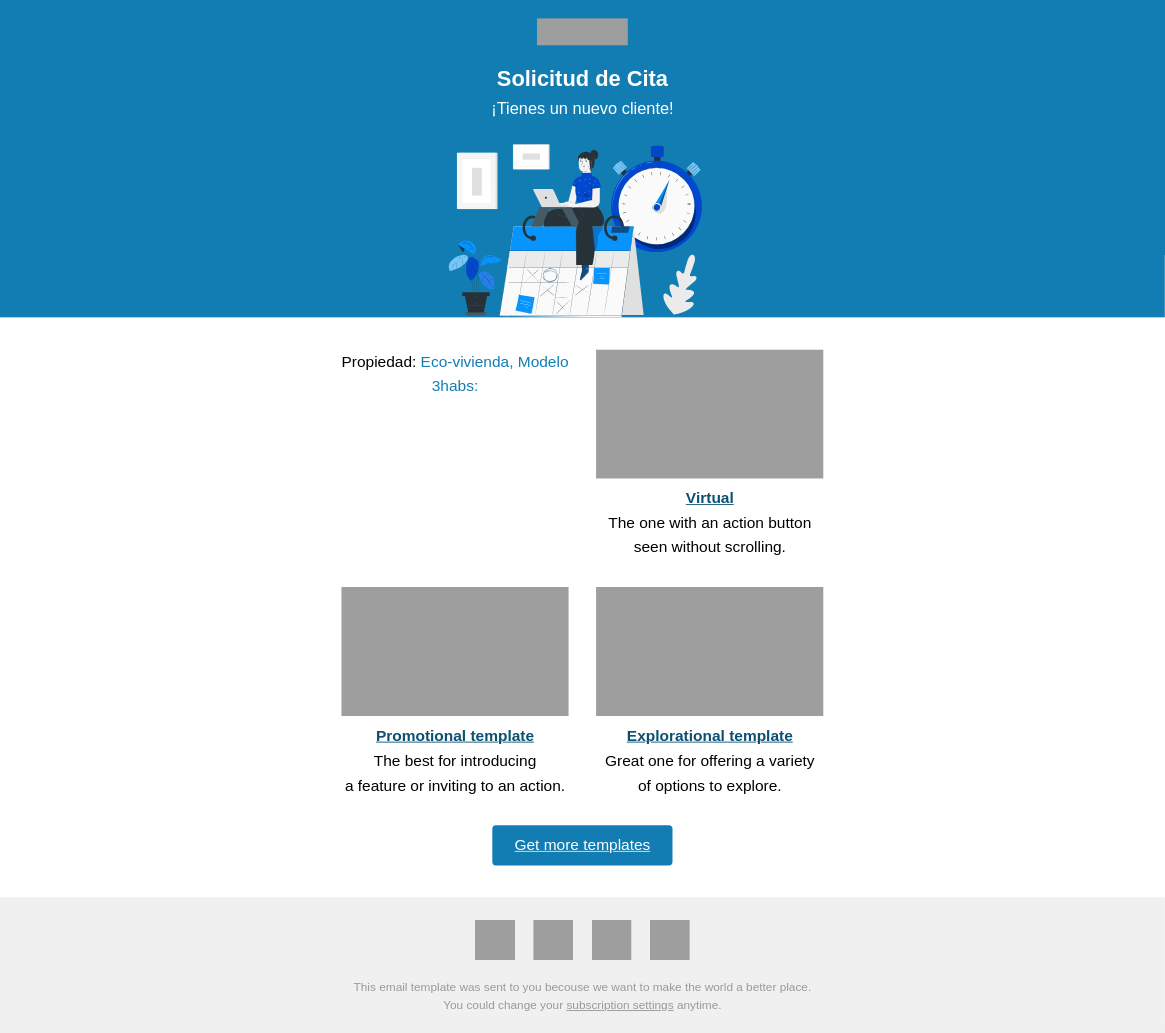
Repository: FabioMadrid/atlas_code
Page: correo_cita_vendedor.html
The author's editor kept a copy of each file at every save. The page is drawn from the files as they stood at one save, then again after the next save.
The browser window is 1280 px wide. The pictures show the whole page, at 91% of full size.
Pictures or frames that could not be fetched are drawn as grey boxes.

Above is the page before, as saved 2021-01-14 16:26:42.

### correo_cita_vendedor.html
<html xmlns="http://www.w3.org/1999/xhtml">
<head>
	<meta http-equiv="content-type" content="text/html; charset=utf-8">
  	<meta name="viewport" content="width=device-width, initial-scale=1.0;">
 	<meta name="format-detection" content="telephone=no"/>

	<style>
/* Reset styles */
    body {
        margin: 0; padding: 0; min-width: 100%; width: 100% !important; height: 100% !important;
        }
    body, table, td, div, p, a {
        -webkit-font-smoothing: antialiased; text-size-adjust: 100%; -ms-text-size-adjust: 100%;
        -webkit-text-size-adjust: 100%; line-height: 100%;
        }
    table, td {
         mso-table-lspace: 0pt; mso-table-rspace: 0pt;
         border-collapse: collapse !important; border-spacing: 0; }
    img {
        border: 0; line-height: 100%; outline: none; text-decoration: none;
        -ms-interpolation-mode: bicubic;
        }
    #outlook a { padding: 0; }
    .ReadMsgBody { width: 100%; }
    .ExternalClass { width: 100%; }
    .ExternalClass, .ExternalClass p, .ExternalClass span, .ExternalClass font, .E
    xternalClass td, .ExternalClass div {
        line-height: 100%;
        }

/* Extra floater space for advanced mail clients only */
@media all and (max-width: 600px) {
	.floater { width: 320px; }
}

/* Set color for auto links (addresses, dates, etc.) */
a, a:hover {
	color: #127DB3;
}
.footer a, .footer a:hover {
	color: #999999;
}

 	</style>

	<!-- MESSAGE SUBJECT -->
	<title>Cita Confirmada</title>

</head>

<!-- BODY -->
<!-- Set message background color (twice) and text color (twice) -->
<body topmargin="0" rightmargin="0" bottommargin="0" leftmargin="0" marginwidth="0" marginheight="0" width="100%" style="border-collapse: collapse; border-spacing: 0; margin: 0; padding: 0; width: 100%; height: 100%; -webkit-font-smoothing: antialiased; text-size-adjust: 100%; -ms-text-size-adjust: 100%; -webkit-text-size-adjust: 100%; line-height: 100%;
	background-color: #FFFFFF;
	color: #000000;"
	bgcolor="#FFFFFF"
	text="#000000">

<!-- SECTION / BACKGROUND -->
<!-- Set section background color -->
<table width="100%" align="center" border="0" cellpadding="0" cellspacing="0" style="border-collapse: collapse; border-spacing: 0; margin: 0; padding: 0; width: 100%;" class="background"><tr><td align="center" valign="top" style="border-collapse: collapse; border-spacing: 0; margin: 0; padding: 0;"
	bgcolor="#127DB3">

<!-- WRAPPER -->
<!-- Set wrapper width (twice) -->
<table border="0" cellpadding="0" cellspacing="0" align="center"
	width="600" style="border-collapse: collapse; border-spacing: 0; padding: 0; width: inherit;
	max-width: 600px;" class="wrapper">

	<tr>
		<td align="center" valign="top" style="border-collapse: collapse; border-spacing: 0; margin: 0; padding: 0; padding-left: 6.25%; padding-right: 6.25%; width: 87.5%;
			padding-top: 20px;">

			<!-- PREHEADER -->
			<!-- Set text color to background color -->
			<div style="display: none; visibility: hidden; overflow: hidden; opacity: 0; font-size: 1px; line-height: 1px; height: 0; max-height: 0; max-width: 0;
			color: #FFFFFF;" class="preheader">
				Available on&nbsp;GitHub and&nbsp;CodePen. holis aqui va un texto</div>

			<!-- LOGO -->
			<!-- Image text color should be opposite to background color. Set your url, image src, alt and title. Alt text should fit the image size. Real image size should be x2. URL format: http://domain.com/?utm_source={{Campaign-Source}}&utm_medium=email&utm_content=logo&utm_campaign={{Campaign-Name}} -->
			<a target="_blank" style="text-decoration: none;"
				href="https://github.com/konsav/email-templates/"><img border="0" vspace="0" hspace="0"
				src="https://raw.githubusercontent.com/konsav/email-templates/master/images/logo-white.png"
				width="100" height="30"
				alt="Logo" title="Logo" style="
				color: #000000;
				font-size: 10px; margin: 0; padding: 0; outline: none; text-decoration: none; -ms-interpolation-mode: bicubic; border: none; display: block;" /></a>

		</td>
	</tr>

	<!-- HEADER -->
	<!-- Set text color and font family ("sans-serif" or "Georgia, serif") -->
	<tr>
		<td align="center" valign="top" style="border-collapse: collapse; border-spacing: 0; margin: 0; padding: 0; padding-left: 6.25%; padding-right: 6.25%; width: 87.5%; font-size: 24px; font-weight: bold; line-height: 130%;
			padding-top: 20px;
			color: #FFFFFF;
			font-family: sans-serif;" class="header">
				Solicitud de Cita
		</td>
	</tr>

	<!-- SUBHEADER -->
	<!-- Set text color and font family ("sans-serif" or "Georgia, serif") -->
	<tr>
		<td align="center" valign="top" style="border-collapse: collapse; border-spacing: 0; margin: 0; padding: 0; padding-bottom: 3px; padding-left: 6.25%; padding-right: 6.25%; width: 87.5%; font-size: 18px; font-weight: 300; line-height: 150%;
			padding-top: 5px;
			color: #FFFFFF;
			font-family: sans-serif;" class="subheader">
				¡Tienes un nuevo cliente!
		</td>
	</tr>

	<!-- HERO IMAGE -->
	<!-- Image text color should be opposite to background color. Set your url, image src, alt and title. Alt text should fit the image size. Real image size should be x2 (wrapper x2). Do not set height for flexible images (including "auto"). URL format: http://domain.com/?utm_source={{Campaign-Source}}&utm_medium=email&utm_content={{Ìmage-Name}}&utm_campaign={{Campaign-Name}} -->
	<tr>
		<td align="center" valign="top" style="border-collapse: collapse; border-spacing: 0; margin: 0; padding: 0;
			padding-top: 20px;" class="hero"><a target="_blank" style="text-decoration: none;"
			href="#"><img border="0" vspace="0" hspace="0"
			src="./svg/calendario_mujer.svg"
			alt="Please enable images to view this content" title="Hero Image"
			width="530" style="
			width: 88.33%;
			max-width: 530px;
			color: #FFFFFF; font-size: 13px; margin: 0; padding: 0; outline: none; text-decoration: none; -ms-interpolation-mode: bicubic; border: none; display: block;"/></a></td>
	</tr>


<!-- End of WRAPPER -->
</table>

<!-- SECTION / BACKGROUND -->
<!-- Set section background color -->
</td></tr><tr><td align="center" valign="top" style="border-collapse: collapse; border-spacing: 0; margin: 0; padding: 0;
	padding-top: 5px;"
	bgcolor="#FFFFFF">

<!-- WRAPPER -->
<!-- Set conteiner background color -->
<table border="0" cellpadding="0" cellspacing="0" align="center"
	width="600" style="border-collapse: collapse; border-spacing: 0; padding: 0; width: inherit;
	max-width: 600px;">

	<!-- FLOATERS -->
	<!-- Floaters (left align tables) need extra 10px spacing in a line (Outlook fix). Floater table width = (wrapper width / 2) - 10px. Set text color and font family ("sans-serif" or "Georgia, serif"). Duplicate all text styles in links, including line-height. Image text color should be opposite to background color. Set your url, image src, alt and title. Alt text should fit the image size. Real image size should be x2. Do not set height for flexible images (including "auto"). URL format: http://domain.com/?utm_source={{Campaign-Source}}&utm_medium=email&utm_content={{Ìmage-Name}}&utm_campaign={{Campaign-Name}} -->
	<tr>
		<td align="center" valign="top" style="border-collapse: collapse; border-spacing: 0; margin: 0; padding: 0; padding-left: 10px; padding-right: 10px;" class="floaters"><table width="280" border="0" cellpadding="0" cellspacing="0" align="left" valign="top" style="border-collapse: collapse; mso-table-lspace: 0pt; mso-table-rspace: 0pt; border-spacing: 0; margin: 0; padding: 0; display: inline-table; float: none;" class="floater"><tr><td align="center" valign="top" style="border-collapse: collapse; border-spacing: 0; margin: 0; padding: 0; padding-left: 15px; padding-right: 15px; font-size: 17px; font-weight: 400; line-height: 160%;
			padding-top: 30px;
			font-family: sans-serif;
            color: #000000;">
            Propiedad:</b>

            <a target="_blank" style="text-decoration: none;
			font-size: 17px; line-height: 160%;"
			href="https://github.com/konsav/email-templates">Eco-vivienda, Modelo 3habs:</b></a>

        </td>
    </tr>
    </table><table width="280" border="0" cellpadding="0" cellspacing="0" align="right" valign="top" style="border-collapse: collapse; mso-table-lspace: 0pt; mso-table-rspace: 0pt; border-spacing: 0; margin: 0; padding: 0; display: inline-table; float: none;" class="floater"><tr><td align="center" valign="top" style="border-collapse: collapse; border-spacing: 0; margin: 0; padding: 0; padding-left: 15px; padding-right: 15px; font-size: 17px; font-weight: 400; line-height: 160%;
			padding-top: 30px;
			font-family: sans-serif;
			color: #000000;"><a target="_blank" style="text-decoration: none;
			font-size: 17px; line-height: 160%;"
			href="https://github.com/konsav/email-templates"><img border="0" vspace="0" hspace="0"
			src="https://raw.githubusercontent.com/konsav/email-templates/master/images/hero-grid.png"
			width="250" height="142"
			alt="Grid Item" title="Grid Item" style="
			color: #000000; font-size: 10px; margin: 0; padding: 0; outline: none; text-decoration: none; -ms-interpolation-mode: bicubic; border: none; display: block; margin-bottom: 8px;" />
				<b style="color:#0B5073; text-decoration: underline;">Virtual</b></a><br/>
				The&nbsp;one with an&nbsp;action button seen without scrolling.
		</td></tr></table></td>
	</tr>

	<!-- FLOATERS -->
	<!-- Floaters (left align tables) need extra 10px spacing in a line (Outlook fix). Floater table width = (wrapper width / 2) - 10px. Set text color and font family ("sans-serif" or "Georgia, serif"). Duplicate all text styles in links, including line-height. Image text color should be opposite to background color. Set your url, image src, alt and title. Alt text should fit the image size. Real image size should be x2. Do not set height for flexible images (including "auto"). URL format: http://domain.com/?utm_source={{Campaign-Source}}&utm_medium=email&utm_content={{Ìmage-Name}}&utm_campaign={{Campaign-Name}} -->
	<tr>
		<td align="center" valign="top" style="border-collapse: collapse; border-spacing: 0; margin: 0; padding: 0; padding-left: 10px; padding-right: 10px;" class="floaters"><table width="280" border="0" cellpadding="0" cellspacing="0" align="right" valign="top" style="border-collapse: collapse; mso-table-lspace: 0pt; mso-table-rspace: 0pt; border-spacing: 0; margin: 0; padding: 0; display: inline-table; float: none;" class="floater"><tr><td align="center" valign="top" style="border-collapse: collapse; border-spacing: 0; margin: 0; padding: 0; padding-left: 15px; padding-right: 15px; font-size: 17px; font-weight: 400; line-height: 160%;
			padding-top: 30px;
			font-family: sans-serif;
			color: #000000;"><a target="_blank" style="text-decoration: none;
			font-size: 17px; line-height: 160%;"
			href="https://github.com/konsav/email-templates"><img border="0" vspace="0" hspace="0"
			src="https://raw.githubusercontent.com/konsav/email-templates/master/images/hero-grid.png"
			width="250" height="142"
			alt="Grid Item" title="Grid Item" style="
			color: #000000; font-size: 10px; margin: 0; padding: 0; outline: none; text-decoration: none; -ms-interpolation-mode: bicubic; border: none; display: block; margin-bottom: 8px;" />
				<b style="color:#0B5073; text-decoration: underline;">Promotional template</b></a><br/>
				The&nbsp;best for introducing a&nbsp;feature or&nbsp;inviting to an&nbsp;action.
		</td></tr></table><table width="280" border="0" cellpadding="0" cellspacing="0" align="left" valign="top" style="border-collapse: collapse; mso-table-lspace: 0pt; mso-table-rspace: 0pt; border-spacing: 0; margin: 0; padding: 0; display: inline-table; float: none;" class="floater"><tr><td align="center" valign="top" style="border-collapse: collapse; border-spacing: 0; margin: 0; padding: 0; padding-left: 15px; padding-right: 15px; font-size: 17px; font-weight: 400; line-height: 160%;
			padding-top: 30px;
			font-family: sans-serif;
			color: #000000;"><a target="_blank" style="text-decoration: none;
			font-size: 17px; line-height: 160%;"
			href="https://github.com/konsav/email-templates"><img border="0" vspace="0" hspace="0"
			src="https://raw.githubusercontent.com/konsav/email-templates/master/images/hero-grid.png"
			width="250" height="142"
			alt="Grid Item" title="Grid Item" style="
			color: #000000; font-size: 10px; margin: 0; padding: 0; outline: none; text-decoration: none; -ms-interpolation-mode: bicubic; border: none; display: block; margin-bottom: 8px;" />
				<b style="color:#0B5073; text-decoration: underline;">Explorational template</b></a><br/>
				Great&nbsp;one for offering a&nbsp;variety of&nbsp;options to&nbsp;explore.
		</td></tr></table></td>
	</tr>

	<!-- BUTTON -->
	<!-- Set button background color at TD, link/text color at A and TD, font family ("sans-serif" or "Georgia, serif") at TD. For verification codes add "letter-spacing: 5px;". Link format: http://domain.com/?utm_source={{Campaign-Source}}&utm_medium=email&utm_content={{Button-Name}}&utm_campaign={{Campaign-Name}} -->
 	<tr>
		<td align="center" valign="top" style="border-collapse: collapse; border-spacing: 0; margin: 0; padding: 0; padding-left: 6.25%; padding-right: 6.25%; width: 87.5%;
			padding-top: 30px;
			padding-bottom: 35px;" class="button"><a
			href="https://github.com/konsav/email-templates/" target="_blank" style="text-decoration: underline;">
				<table border="0" cellpadding="0" cellspacing="0" align="center" style="max-width: 240px; min-width: 120px; border-collapse: collapse; border-spacing: 0; padding: 0;"><tr><td align="center" valign="middle" style="padding: 12px 24px; margin: 0; text-decoration: underline; border-collapse: collapse; border-spacing: 0; border-radius: 4px; -webkit-border-radius: 4px; -moz-border-radius: 4px; -khtml-border-radius: 4px;"
					bgcolor="#127DB3"><a target="_blank" style="text-decoration: underline;
					color: #FFFFFF; font-family: sans-serif; font-size: 17px; font-weight: 400; line-height: 120%;"
					href="https://github.com/konsav/email-templates/">
						Get more templates
					</a>
			</td></tr></table></a>
		</td>
	</tr>

<!-- End of WRAPPER -->
</table>

<!-- SECTION / BACKGROUND -->
<!-- Set section background color -->
</td></tr><tr><td align="center" valign="top" style="border-collapse: collapse; border-spacing: 0; margin: 0; padding: 0;"
	bgcolor="#F0F0F0">

<!-- WRAPPER -->
<!-- Set wrapper width (twice) -->
<table border="0" cellpadding="0" cellspacing="0" align="center"
	width="600" style="border-collapse: collapse; border-spacing: 0; padding: 0; width: inherit;
	max-width: 600px;" class="wrapper">

	<!-- SOCIAL NETWORKS -->
	<!-- Image text color should be opposite to background color. Set your url, image src, alt and title. Alt text should fit the image size. Real image size should be x2 -->
	<tr>
		<td align="center" valign="top" style="border-collapse: collapse; border-spacing: 0; margin: 0; padding: 0; padding-left: 6.25%; padding-right: 6.25%; width: 87.5%;
			padding-top: 25px;" class="social-icons"><table
			width="256" border="0" cellpadding="0" cellspacing="0" align="center" style="border-collapse: collapse; border-spacing: 0; padding: 0;">
			<tr>

				<!-- ICON 1 -->
				<td align="center" valign="middle" style="margin: 0; padding: 0; padding-left: 10px; padding-right: 10px; border-collapse: collapse; border-spacing: 0;"><a target="_blank"
					href="https://raw.githubusercontent.com/konsav/email-templates/"
				style="text-decoration: none;"><img border="0" vspace="0" hspace="0" style="padding: 0; margin: 0; outline: none; text-decoration: none; -ms-interpolation-mode: bicubic; border: none; display: inline-block;
					color: #000000;"
					alt="F" title="Facebook"
					width="44" height="44"
					src="https://raw.githubusercontent.com/konsav/email-templates/master/images/social-icons/facebook.png"></a></td>

				<!-- ICON 2 -->
				<td align="center" valign="middle" style="margin: 0; padding: 0; padding-left: 10px; padding-right: 10px; border-collapse: collapse; border-spacing: 0;"><a target="_blank"
					href="https://raw.githubusercontent.com/konsav/email-templates/"
				style="text-decoration: none;"><img border="0" vspace="0" hspace="0" style="padding: 0; margin: 0; outline: none; text-decoration: none; -ms-interpolation-mode: bicubic; border: none; display: inline-block;
					color: #000000;"
					alt="T" title="Twitter"
					width="44" height="44"
					src="https://raw.githubusercontent.com/konsav/email-templates/master/images/social-icons/twitter.png"></a></td>

				<!-- ICON 3 -->
				<td align="center" valign="middle" style="margin: 0; padding: 0; padding-left: 10px; padding-right: 10px; border-collapse: collapse; border-spacing: 0;"><a target="_blank"
					href="https://raw.githubusercontent.com/konsav/email-templates/"
				style="text-decoration: none;"><img border="0" vspace="0" hspace="0" style="padding: 0; margin: 0; outline: none; text-decoration: none; -ms-interpolation-mode: bicubic; border: none; display: inline-block;
					color: #000000;"
					alt="G" title="Google Plus"
					width="44" height="44"
					src="https://raw.githubusercontent.com/konsav/email-templates/master/images/social-icons/googleplus.png"></a></td>

				<!-- ICON 4 -->
				<td align="center" valign="middle" style="margin: 0; padding: 0; padding-left: 10px; padding-right: 10px; border-collapse: collapse; border-spacing: 0;"><a target="_blank"
					href="https://raw.githubusercontent.com/konsav/email-templates/"
				style="text-decoration: none;"><img border="0" vspace="0" hspace="0" style="padding: 0; margin: 0; outline: none; text-decoration: none; -ms-interpolation-mode: bicubic; border: none; display: inline-block;
					color: #000000;"
					alt="I" title="Instagram"
					width="44" height="44"
					src="https://raw.githubusercontent.com/konsav/email-templates/master/images/social-icons/instagram.png"></a></td>

			</tr>
			</table>
		</td>
	</tr>

	<!-- FOOTER -->
	<!-- Set text color and font family ("sans-serif" or "Georgia, serif"). Duplicate all text styles in links, including line-height -->
	<tr>
		<td align="center" valign="top" style="border-collapse: collapse; border-spacing: 0; margin: 0; padding: 0; padding-left: 6.25%; padding-right: 6.25%; width: 87.5%; font-size: 13px; font-weight: 400; line-height: 150%;
			padding-top: 20px;
			padding-bottom: 20px;
			color: #999999;
			font-family: sans-serif;" class="footer">

				This email template was sent to&nbsp;you becouse we&nbsp;want to&nbsp;make the&nbsp;world a&nbsp;better place.<br/> You&nbsp;could change your <a href="https://github.com/konsav/email-templates/" target="_blank" style="text-decoration: underline; color: #999999; font-family: sans-serif; font-size: 13px; font-weight: 400; line-height: 150%;">subscription settings</a> anytime.

				<!-- ANALYTICS -->
				<!-- https://www.google-analytics.com/collect?v=1&tid={{UA-Tracking-ID}}&cid={{Client-ID}}&t=event&ec=email&ea=open&cs={{Campaign-Source}}&cm=email&cn={{Campaign-Name}} -->
				<img width="1" height="1" border="0" vspace="0" hspace="0" style="margin: 0; padding: 0; outline: none; text-decoration: none; -ms-interpolation-mode: bicubic; border: none; display: block;"
				src="https://raw.githubusercontent.com/konsav/email-templates/master/images/tracker.png" />

		</td>
	</tr>

<!-- End of WRAPPER -->
</table>

<!-- End of SECTION / BACKGROUND -->
</td></tr></table>

</body>
</html>

After the next save:
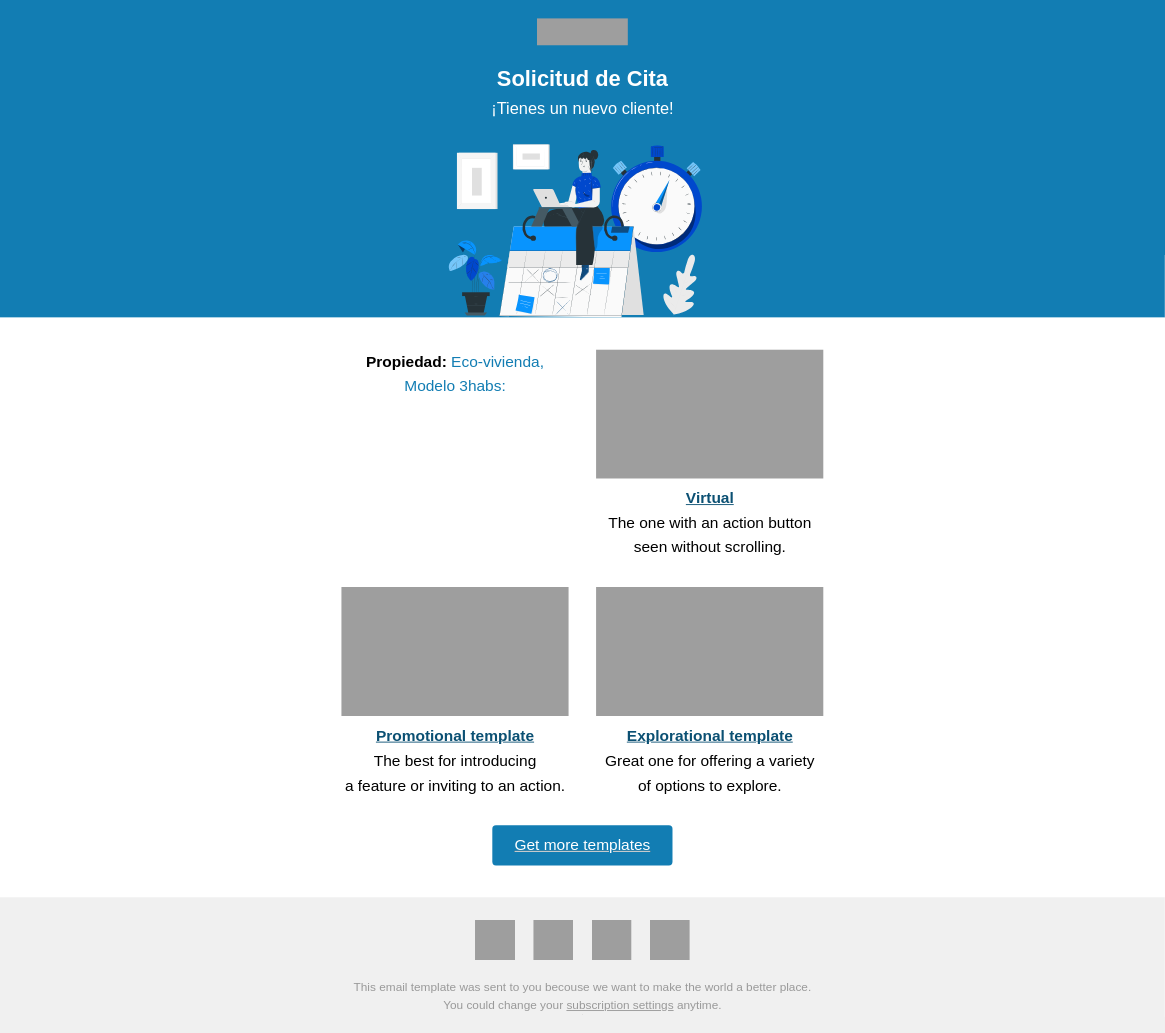
Saved 10 s later.
--- a/correo_cita_vendedor.html
+++ b/correo_cita_vendedor.html
@@ -149,7 +149,7 @@ a, a:hover {
 			padding-top: 30px;
 			font-family: sans-serif;
             color: #000000;">
-            Propiedad:</b>
+            <b>Propiedad:</b>
 
             <a target="_blank" style="text-decoration: none;
 			font-size: 17px; line-height: 160%;"
